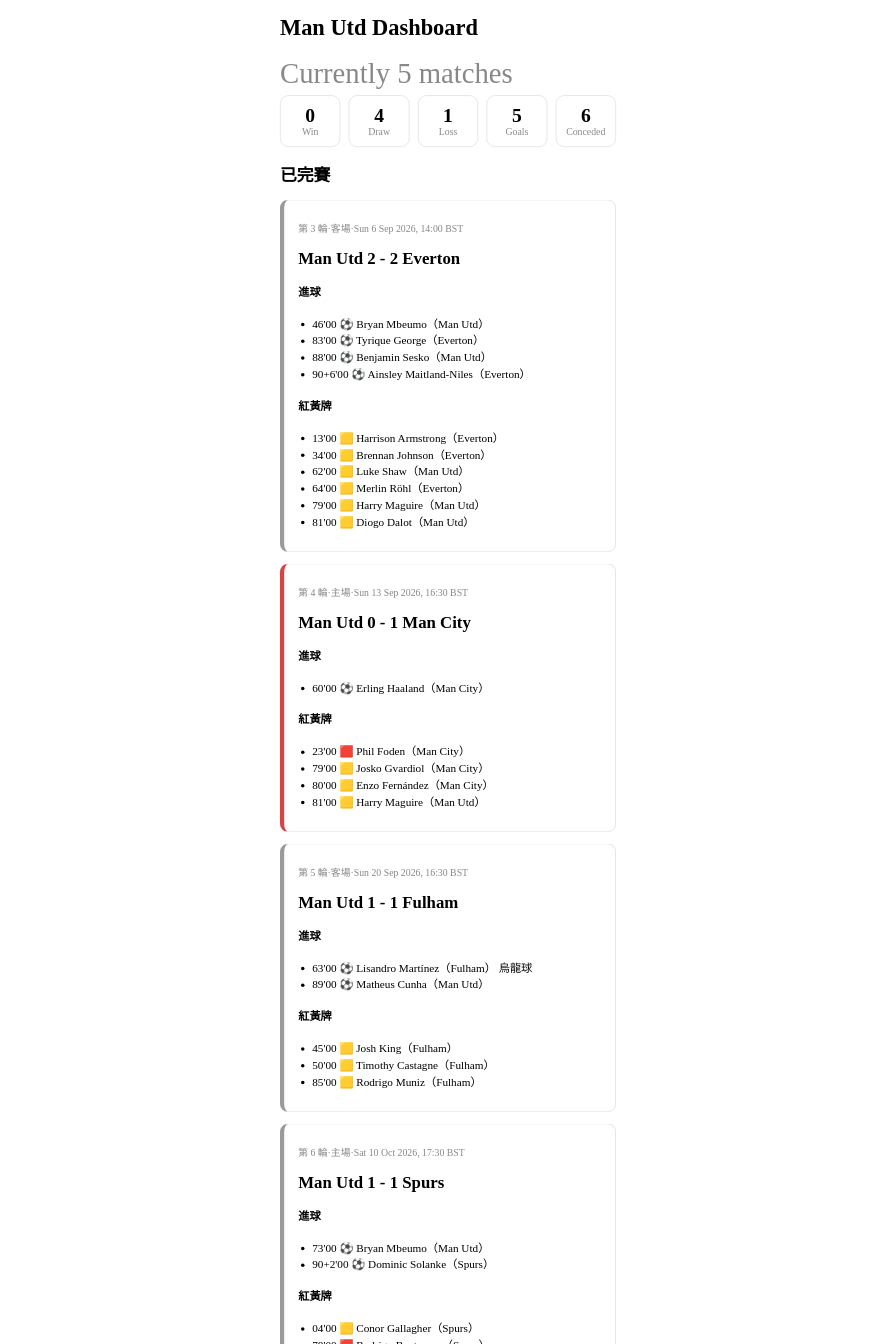
Repository: Chengyu0814/Premier-League-Dashboard
Page: / (app in frontend/)
The author's editor kept a copy of each file at every save. The page is drawn from the files as they stood at one save, then again after the next save.
The browser window is 1280 px wide. The pictures show the part of the page from y = 0 to 1920 px (the page is 3060 px tall before and 3040 px after), at 70% of full size.
The project was rebuilt for these pictures with package versions that can differ from the ones it lists, and the page was loaded fresh each time. Also part of the build but not shown: frontend/vite.config.js.

Above is the page before, as saved 2026-10-27 14:09:20.

After the next save:
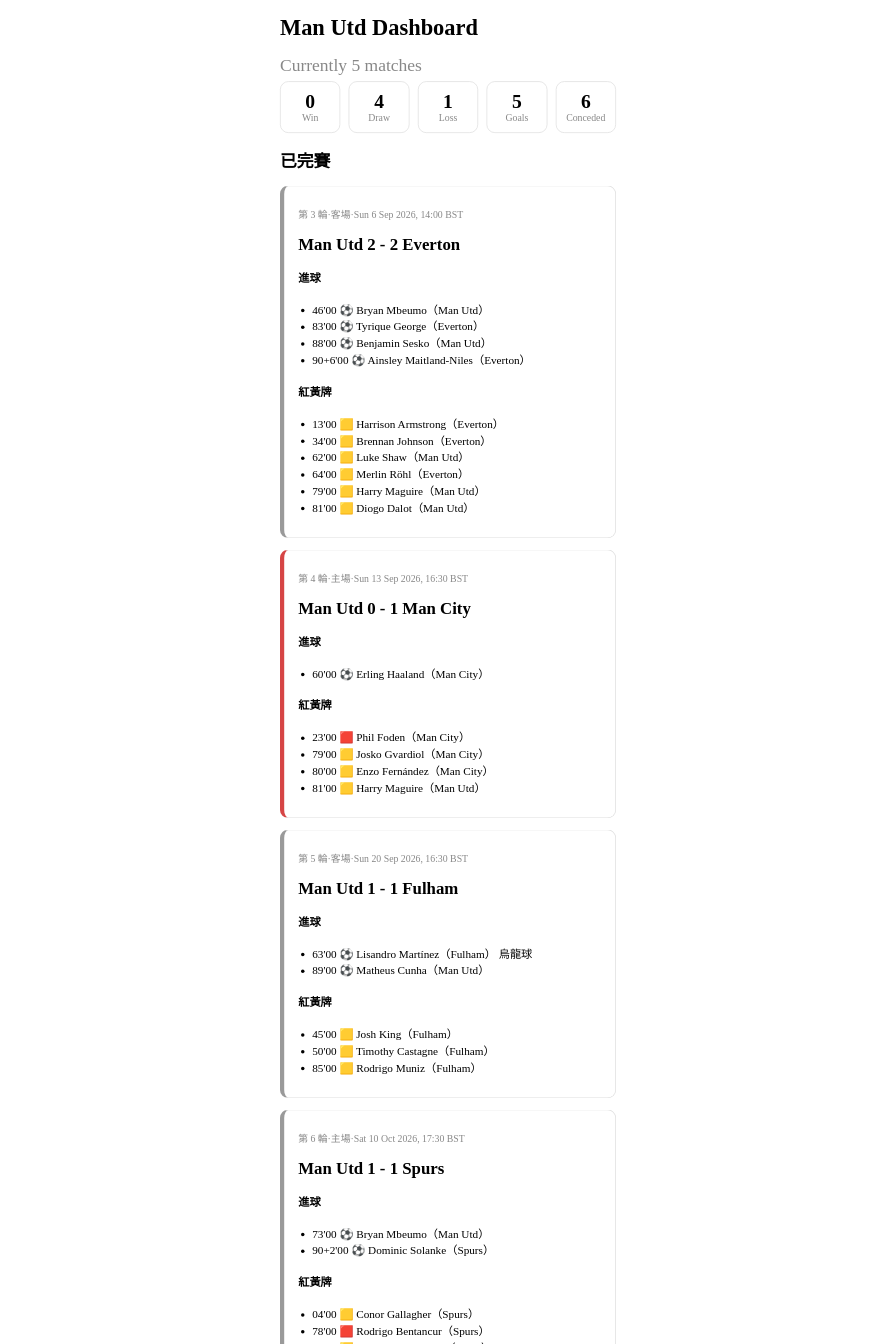
Saved 6 s later.
--- a/frontend/src/index.css
+++ b/frontend/src/index.css
@@ -52,7 +52,7 @@
 
 .match-count {
     color: #888;
-    font-size: 41px;
+    font-size: 25px;
     margin-bottom: 8px;
     text-align: left;
 }
